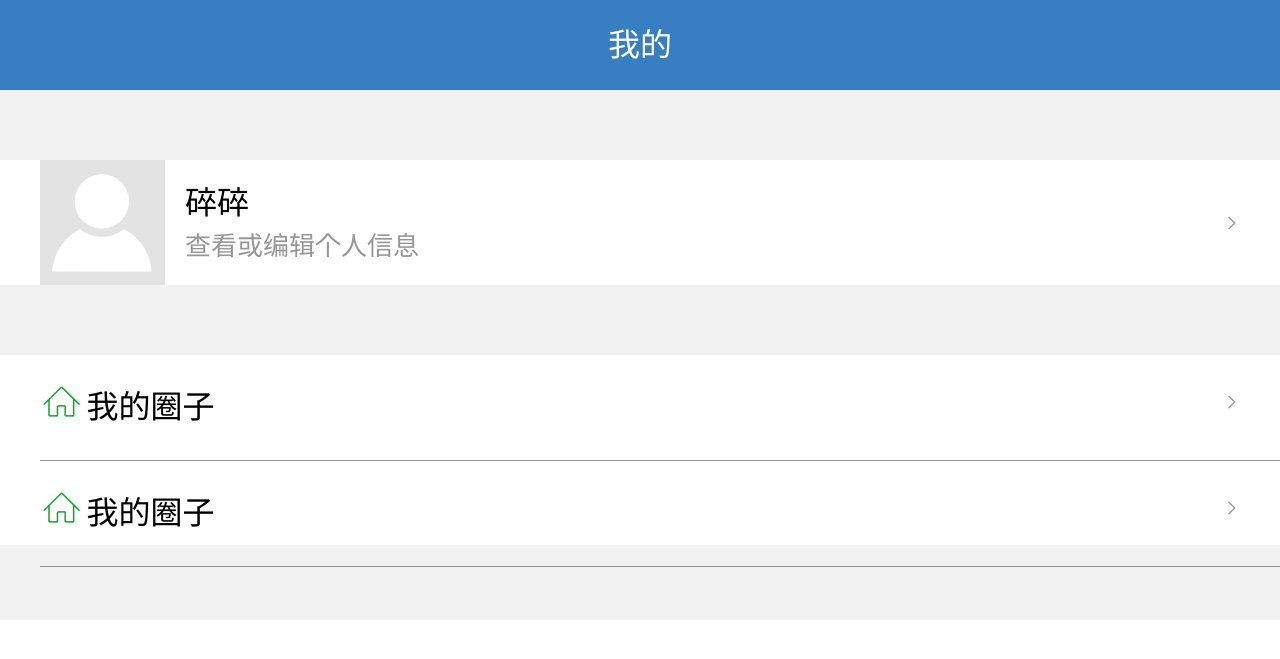
Repository: A1LExX/H5_study_set
Page: myProfile/index.html
An editor plug-in stored every save of this project. The page is shown before and after the next save, followed by the edit.
The browser window is 1280 px wide. The pictures show the whole page.
An inner scrolling area shows only its first screen.

Above is the page before, as saved 2021-07-12 20:41:39.

### myProfile/index.html
<!--
@author [Alex Wei]
@email [w2262196@outlook.com]
@create date 2021-07-12 18:52:43
@modify date 2021-07-12 20:41:39
@desc [description]
-->
<!DOCTYPE html>
<html lang="en">

<head>
    <meta charset="UTF-8">
    <meta http-equiv="X-UA-Compatible" content="IE=edge">
    <meta name="viewport" content="width=device-width, initial-scale=1.0">
    <!-- 引入重制样式表 -->
    <link rel="stylesheet" href="./css/reset.css">
    <!-- 引入移动端适配js -->
    <script src="./js/rem.js"></script>
    <!-- 引入字体图标样式表 -->
    <link rel="stylesheet" href="./css/iconfont.css">
    <!-- 引入当前页面样式表 -->
    <link rel="stylesheet" href="./css/index.css">
    <title>Document</title>
</head>

<body>
    <!-- 页眉 -->
    <div id="top">我的</div>
    <!-- 中间部分 -->
    <div id="mid">
        <div class="proFile">
            <div class="profileLeft">
                <div class="profileImg">
                    <span class="iconfont icon-icontouxiang"></span>
                </div>
                <div class="profileWord">
                    <span>碎碎</span>
                    <span>查看或编辑个人信息</span>
                </div>
            </div>
            <div class="iconfont icon-arrow-right"></div>
        </div>
        <div class="itemOne">
            <div class="itemTop">
                <div class="itemDown">
                    <span class="iconfont icon-fangzi1"></span>
                    <span>我的圈子</span>
                </div>
            <div class="iconfont icon-arrow-right"></div>
            </div>
            <div class="itemTop">
                <div class="itemDown">
                    <span class="iconfont icon-fangzi1"></span>
                    <span>我的圈子</span>
                </div>
            <div class="iconfont icon-arrow-right"></div>
            </div>

        </div>
        <div class="itemTwo"></div>
        <div class="setting"></div>
    </div>
    <!-- 页脚 -->
    <div id="footer"></div>
</body>

</html>

### myProfile/css/reset.css
/**
 * @author [Alex Wei]
 * @email [w2262196@outlook.com]
 * @create date 2021-07-12 19:03:59
 * @modify date 2021-07-12 19:05:27
 * @desc [description]
 */
/*
KISSY CSS Reset
理念：1. reset 的目的不是清除浏览器的默认样式，这仅是部分工作。清除和重置是紧密不可分的。
2. reset 的目的不是让默认样式在所有浏览器下一致，而是减少默认样式有可能带来的问题。
3. reset 期望提供一套普适通用的基础样式。但没有银弹，推荐根据具体需求，裁剪和修改后再使用。
特色：1. 适应中文；2. 基于最新主流浏览器。
维护：玉伯<lifesinger@gmail.com>, 正淳<ragecarrier@gmail.com>
 */

/** 清除内外边距 **/
body, h1, h2, h3, h4, h5, h6, hr, p, blockquote, /* structural elements 结构元素 */
dl, dt, dd, ul, ol, li, /* list elements 列表元素 */
pre, /* text formatting elements 文本格式元素 */
form, fieldset, legend, button, input, textarea, /* form elements 表单元素 */
th, td /* table elements 表格元素 */ {
  margin: 0;
  padding: 0;
}

/** 设置默认字体 **/
body,
button, input, select, textarea /* for ie */ {
  font: 12px/1.5 tahoma, arial, \5b8b\4f53, sans-serif;
}
h1, h2, h3, h4, h5, h6 { font-size: 100%; }
address, cite, dfn, em, var { font-style: normal; } /* 将斜体扶正 */
code, kbd, pre, samp { font-family: courier new, courier, monospace; } /* 统一等宽字体 */
small { font-size: 12px; } /* 小于 12px 的中文很难阅读，让 small 正常化 */

/** 重置列表元素 **/
ul, ol { list-style: none; }

/** 重置文本格式元素 **/
a { text-decoration: none; }
a:hover { text-decoration: underline; }


/** 重置表单元素 **/
legend { color: #000; } /* for ie6 */
fieldset, img { border: 0; } /* img 搭车：让链接里的 img 无边框 */
button, input, select, textarea { font-size: 100%; } /* 使得表单元素在 ie 下能继承字体大小 */
/* 注：optgroup 无法扶正 */

/** 重置表格元素 **/
table { border-collapse: collapse; border-spacing: 0; }

/* 清除浮动 */
.ks-clear:after, .clear:after {
  content: '\20';
  display: block;
  height: 0;
  clear: both;
}

.ks-clear, .clear {
  *zoom: 1;
}

### myProfile/js/rem.js
//designWidth:设计稿的实际宽度值，需要根据实际设置
//maxWidth:制作稿的最大宽度值，需要根据实际设置
//这段js的最后面有两个参数记得要设置，一个为设计稿实际宽度，一个为制作稿最大宽度，例如设计稿为750，最大宽度为750，则为(750,750)
;(function(designWidth, maxWidth) {
	var doc = document,
	win = window,
	docEl = doc.documentElement,
	remStyle = document.createElement("style"),
	tid;

	function refreshRem() {
		var width = docEl.getBoundingClientRect().width;
		maxWidth = maxWidth || 540;
		width>maxWidth && (width=maxWidth);
		//屏幕宽度 * 100 / 设计稿宽度
		var rem = width * 100 / designWidth;
		remStyle.innerHTML = 'html{font-size:' + rem + 'px;}';
	}

	if (docEl.firstElementChild) {
		docEl.firstElementChild.appendChild(remStyle);
	} else {
		var wrap = doc.createElement("div");
		wrap.appendChild(remStyle);
		doc.write(wrap.innerHTML);
		wrap = null;
	}
	//要等 wiewport 设置好后才能执行 refreshRem，不然 refreshRem 会执行2次；
	refreshRem();

	win.addEventListener("resize", function() {
		clearTimeout(tid); //防止执行两次
		tid = setTimeout(refreshRem, 300);
	}, false);

	win.addEventListener("pageshow", function(e) {
		if (e.persisted) { // 浏览器后退的时候重新计算
			clearTimeout(tid);
			tid = setTimeout(refreshRem, 300);
		}
	}, false);

	if (doc.readyState === "complete") {
		doc.body.style.fontSize = "16px";
	} else {
		doc.addEventListener("DOMContentLoaded", function(e) {
			doc.body.style.fontSize = "16px";
		}, false);
	}
})(750, 750);

### myProfile/css/iconfont.css
@font-face {
  font-family: "iconfont"; /* Project id  */
  src: url('../fonts/iconfont.ttf?t=1626088719469') format('truetype');
}

.iconfont {
  font-family: "iconfont" !important;
  font-size: 16px;
  font-style: normal;
  -webkit-font-smoothing: antialiased;
  -moz-osx-font-smoothing: grayscale;
}

.icon-arrow-right:before {
  content: "\e601";
}

.icon-fangzi:before {
  content: "\e614";
}

.icon-fangzi1:before {
  content: "\e6d3";
}

.icon-icontouxiang:before {
  content: "\e622";
}

.icon-quanquanb:before {
  content: "\e6d4";
}

.icon-baobiao:before {
  content: "\e65c";
}

.icon-liuyan:before {
  content: "\e615";
}

.icon-shouye:before {
  content: "\e60b";
}

.icon-baoming:before {
  content: "\e664";
}

.icon-shezhi:before {
  content: "\e63a";
}

.icon-dibudaohanglan-:before {
  content: "\e630";
}

.icon-renyuan:before {
  content: "\e61a";
}

### myProfile/css/index.css
/**
 * @author [Alex Wei]
 * @email [w2262196@outlook.com]
 * @create date 2021-07-12 19:23:21
 * @modify date 2021-07-12 20:40:38
 * @desc [description]
 */
html, body{
    width: 100%;
    height: 100%;
}

body{
    display: flex;
    flex-direction: column;
}

#top{
    height: .9rem;
    background: #387ec2;
    color: white;
    font-size: .32rem;
    line-height: .9rem;
    text-align: center;
}


#mid{
    flex: 1;
    background: #f2f2f2;
    overflow: scroll;
    display: flex;
    flex-direction: column;
}

#mid .profileImg{
    width: 1.25rem;
    height: 1.25rem;
    background: #e3e3e3;
    text-align: center;
    margin-right: .20rem;
}

.proFile{
    display: flex;
    justify-content: space-between;
    align-items: center;
    background: white;
    height: 1.6rem;
}

.icon-icontouxiang{
    font-size: 1rem;
    line-height: 1.25rem;
    /* text-align: center; */
    color: white;
}

.profileLeft{
    display: flex;
    justify-content: space-between;
    align-items: center;
}

.profileWord span:first-child{
    font-size: .32rem;
}

.profileWord span:last-child{
    /* display: inline; */
    display: block;
    font-size: .26rem;
    color: #969696;
}

.icon-arrow-right{
    color: #969696;
    margin-right: .4rem;
}

#mid>div{
    margin-top: .7rem;
}

#mid>div{
    padding-left: .4rem;
    /* padding-right: .4rem; */
}

.itemOne{
    height: 1.9rem;
    background: white;
    display: flex;
    flex-direction: column;
}

.itemTop{
    display: flex;
    justify-content: space-between;
    line-height: .95rem;
    border-bottom: 0.01rem solid #969696;
}

.itemDown span:first-child{
    font-size: .42rem;
    color: rgb(23, 165, 47);
}

.itemDown span:last-child{
    font-size: .32rem;
}

.itemTwo{
    height: 1.9rem;
    background: white;
    display: flex;
    flex-direction: column;
}

.setting{
    height: .96rem;
    background: white;
}

#footer{
    height: 1rem;
}

After the next save:
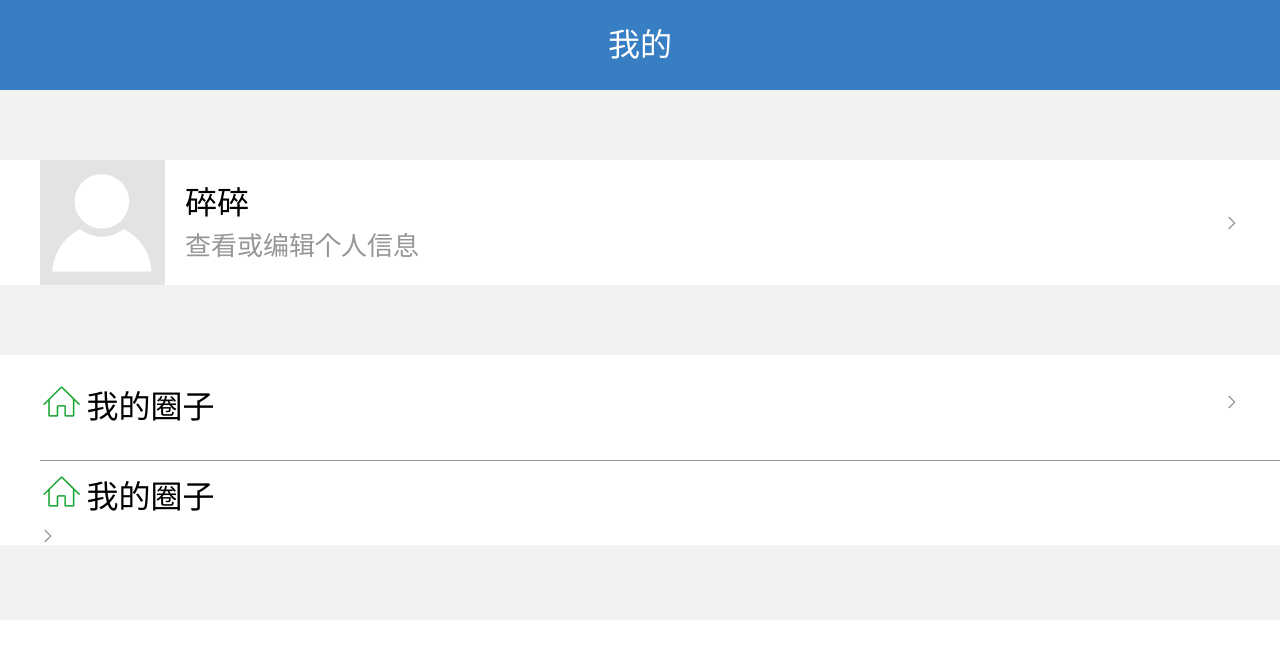
Saved 14 s later.
--- a/myProfile/index.html
+++ b/myProfile/index.html
@@ -2,7 +2,7 @@
 @author [Alex Wei]
 @email [w2262196@outlook.com]
 @create date 2021-07-12 18:52:43
-@modify date 2021-07-12 20:41:39
+@modify date 2021-07-12 20:41:53
 @desc [description]
 -->
 <!DOCTYPE html>
@@ -48,7 +48,7 @@
                 </div>
             <div class="iconfont icon-arrow-right"></div>
             </div>
-            <div class="itemTop">
+            <div class="itemTop2">
                 <div class="itemDown">
                     <span class="iconfont icon-fangzi1"></span>
                     <span>我的圈子</span>
